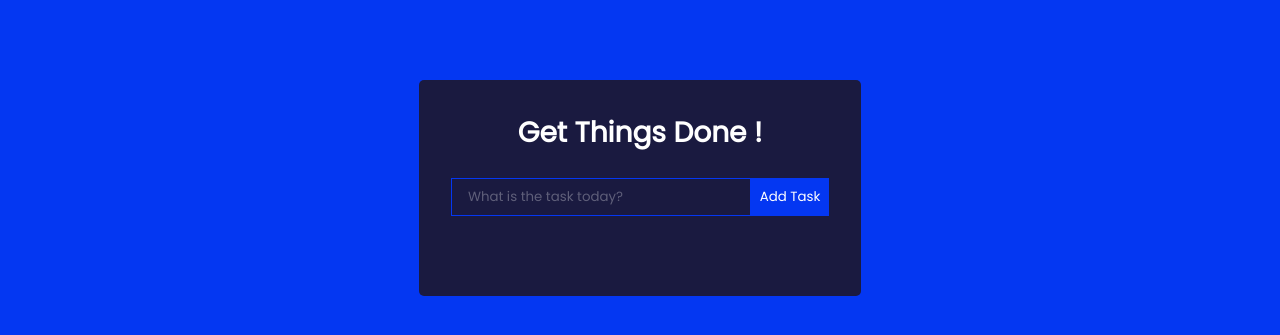
Repository: mfarhannr/Tugas-Reactjs_Farhan
Page: / (app in todolist-app-react-js/)
These files come from the project's save history. The page is drawn as it stood at one moment and after the next save; the edit follows.
The browser window is 1280 px wide. The pictures show the whole page.
The project was rebuilt for these pictures with package versions that can differ from the ones it lists, and the page was loaded fresh each time. Also part of the build but not shown: todolist-app-react-js/src/components/Todo.js, todolist-app-react-js/src/components/EditTodoForm.js.

Above is the page before, as saved 2024-05-10 14:14:49.

### todolist-app-react-js/src/App.css
@import url('https://fonts.googleapis.com/css2?family=Poppins&display=swap');

* {
  font-family: 'Poppins', sans-serif;
  margin: 0;
  padding: 0;
  box-sizing: border-box;
}

body {
  background: #0437F2;
  display: flex;
  justify-content: center;
  align-items: center;
}

.App {
  text-align: center;
}

h1 {
  color: #fff;
  margin-bottom: 0.5rem;
  font-size: 1.75rem;
}

.TodoWrapper {
  background: #1A1A40;
  margin-top: 5rem;
  padding: 2rem;
  border-radius: 5px;
}

.TodoForm {
  width: 100%;
  margin-bottom: 1rem;
}

.todo-input {
  outline: none;
  background: none;
  border: 1px solid #0437F2;
  padding: 0.5rem 1rem;
  margin-top: 1rem;
  margin-bottom: 2rem;
  width: 300px;
  color: #fff;
}

.todo-input::placeholder {
  color: #ffffff4d;
}

.todo-btn {
  background: #0437F2;
  color: #fff;
  border: none;
  padding: 0.55rem;
  cursor: pointer;
}

.Todo {
  display: flex;
  justify-content: space-between;
  align-items: center;
  background:#0437F2;
  color: #fff;
  padding: 0.75rem 1rem;
  border-radius: 5px;
  margin-bottom: 1rem;
}

.fa-trash {
  margin-left: 0.75rem;
}

.incompleted {
  color: #fff;
  cursor: pointer;
}

.completed {
  color: #c5aeff;
  text-decoration: line-through;
  cursor: pointer;
}

.edit-icon,
.delete-icon {
  cursor: pointer;
}

### todolist-app-react-js/src/components/TodoWrapper.js
import React, { useState } from "react";
import { Todo } from "./Todo";
import { TodoForm } from "./TodoForm";
import { v4 as uuidv4 } from "uuid";
import { EditTodoForm } from "./EditTodoForm";

export const TodoWrapper = () => {
  const [todos, setTodos] = useState([]);

  const addTodo = (todo) => {
    setTodos([
      ...todos,
      { id: uuidv4(), task: todo, completed: false, isEditing: false },
    ]);
  }

  const deleteTodo = (id) => setTodos(todos.filter((todo) => todo.id !== id));

  const toggleComplete = (id) => {
    setTodos(
      todos.map((todo) =>
        todo.id === id ? { ...todo, completed: !todo.completed } : todo
      )
    );
  }

  const editTodo = (id) => {
    setTodos(
      todos.map((todo) =>
        todo.id === id ? { ...todo, isEditing: !todo.isEditing } : todo
      )
    );
  }

  const editTask = (task, id) => {
    setTodos(
      todos.map((todo) =>
        todo.id === id ? { ...todo, task, isEditing: !todo.isEditing } : todo
      )
    );
  };

  return (
    <div className="TodoWrapper">
      <h1>Get Things Done !</h1>
      <TodoForm addTodo={addTodo} />
      {/* display todos */}
      {todos.map((todo) =>
        todo.isEditing ? (
          <EditTodoForm editTodo={editTask} task={todo} />
        ) : (
          <Todo
            key={todo.id}
            task={todo}
            deleteTodo={deleteTodo}
            editTodo={editTodo}
            toggleComplete={toggleComplete}
          />
        )
      )}
    </div>
  );
};

Loaded but not shown: todolist-app-react-js/public/index.html (common file); todolist-app-react-js/src/index.js (common file); todolist-app-react-js/src/App.js (common file); todolist-app-react-js/src/components/TodoForm.js (common file)

After the next save:
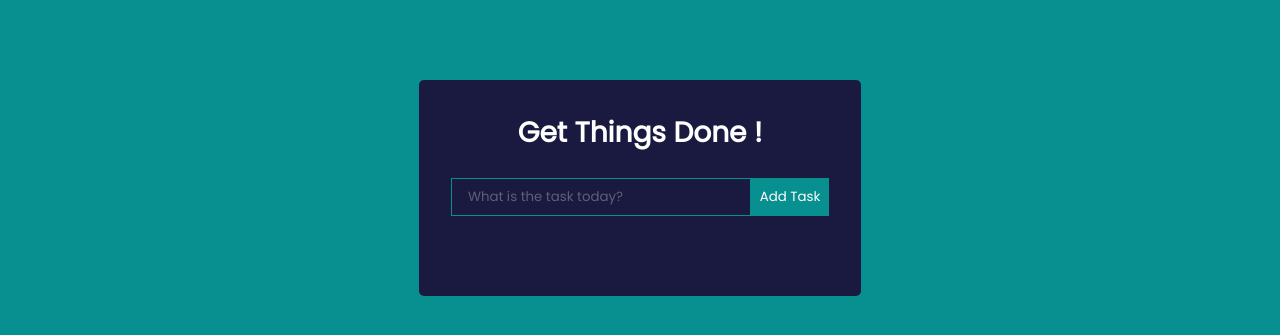
Saved 10 s later.
--- a/todolist-app-react-js/src/App.css
+++ b/todolist-app-react-js/src/App.css
@@ -8,7 +8,7 @@
 }
 
 body {
-  background: #0437F2;
+  background: #088F8F;
   display: flex;
   justify-content: center;
   align-items: center;
@@ -39,7 +39,7 @@ h1 {
 .todo-input {
   outline: none;
   background: none;
-  border: 1px solid #0437F2;
+  border: 1px solid #088F8F;
   padding: 0.5rem 1rem;
   margin-top: 1rem;
   margin-bottom: 2rem;
@@ -52,7 +52,7 @@ h1 {
 }
 
 .todo-btn {
-  background: #0437F2;
+  background: #088F8F;
   color: #fff;
   border: none;
   padding: 0.55rem;
@@ -63,7 +63,7 @@ h1 {
   display: flex;
   justify-content: space-between;
   align-items: center;
-  background:#0437F2;
+  background: #088F8F;
   color: #fff;
   padding: 0.75rem 1rem;
   border-radius: 5px;
